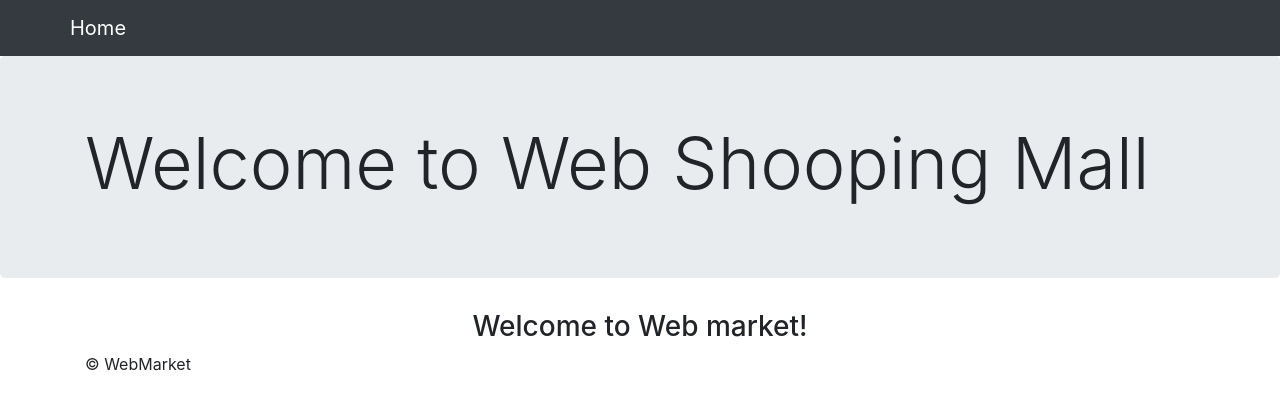
Repository: suinautant/learnCode
Page: http://localhost/WebMarket/welcome.jsp
These files come from the project's save history. The page is drawn as it stood at one moment and after the next save; the edit follows.
The browser window is 1280 px wide. The pictures show the whole page.
The page is served by Tomcat 9. Nobody is signed in. The application's start-up code is not run. Other server files are loaded and not shown.

Above is the page before, as saved 2021-06-30 03:15:33.

### jsp/WebMarket/WebContent/welcome.jsp
<%@ page language="java" contentType="text/html; charset=EUC-KR"
	pageEncoding="EUC-KR"
%>
<%@
page import="java.util.Date"
 %>
<!DOCTYPE html>
<html>
<head>
<link rel="stylesheet"
	href="https://maxcdn.bootstrapcdn.com/bootstrap/4.0.0/css/bootstrap.min.css"
>
<meta charset="EUC-KR">
<title>Welcome</title>
</head>
<body>
	<nav class="navbar navbar-expand navbar-dark bg-dark">
		<div class="container">
			<div class="navbar-header">
				<a class="navbar-brand" href="./welcome.jsp">Home</a>
			</div>
		</div>
	</nav>
	<%!String greeting = "Welcome to Web Shooping Mall";
	String tagline = "Welcome to Web market!";%>
	<div class="jumbotron">
		<div class="container">
			<h1 class="display-3">
				<%=greeting%>
			</h1>
		</div>
	</div>
	<div class="container">
		<div class="text-center">
			<h3>
				<%=tagline%>
			</h3>
		</div>
	</div>
	<footer class="container">
		<p>&copy; WebMarket</p>
	</footer>
</body>
</html>

After the next save:
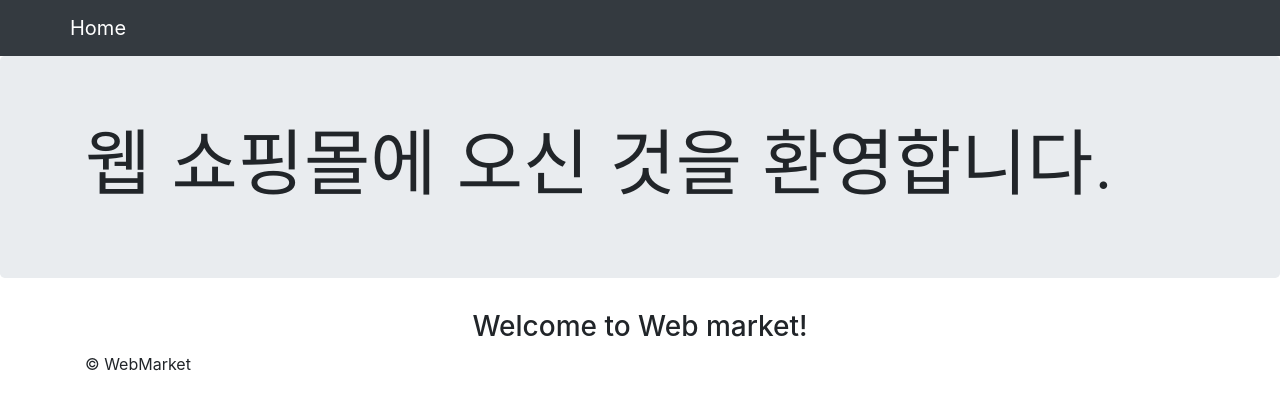
Saved 93 s later.
--- a/jsp/WebMarket/WebContent/welcome.jsp
+++ b/jsp/WebMarket/WebContent/welcome.jsp
@@ -1,4 +1,4 @@
-<%@ page language="java" contentType="text/html; charset=EUC-KR"
+<%@ page language="java" contentType="text/html; charset=utf-8"
 	pageEncoding="EUC-KR"
 %>
 <%@
@@ -21,7 +21,7 @@ page import="java.util.Date"
 			</div>
 		</div>
 	</nav>
-	<%!String greeting = "Welcome to Web Shooping Mall";
+	<%!String greeting = "웹 쇼핑몰에 오신 것을 환영합니다.";
 	String tagline = "Welcome to Web market!";%>
 	<div class="jumbotron">
 		<div class="container">
